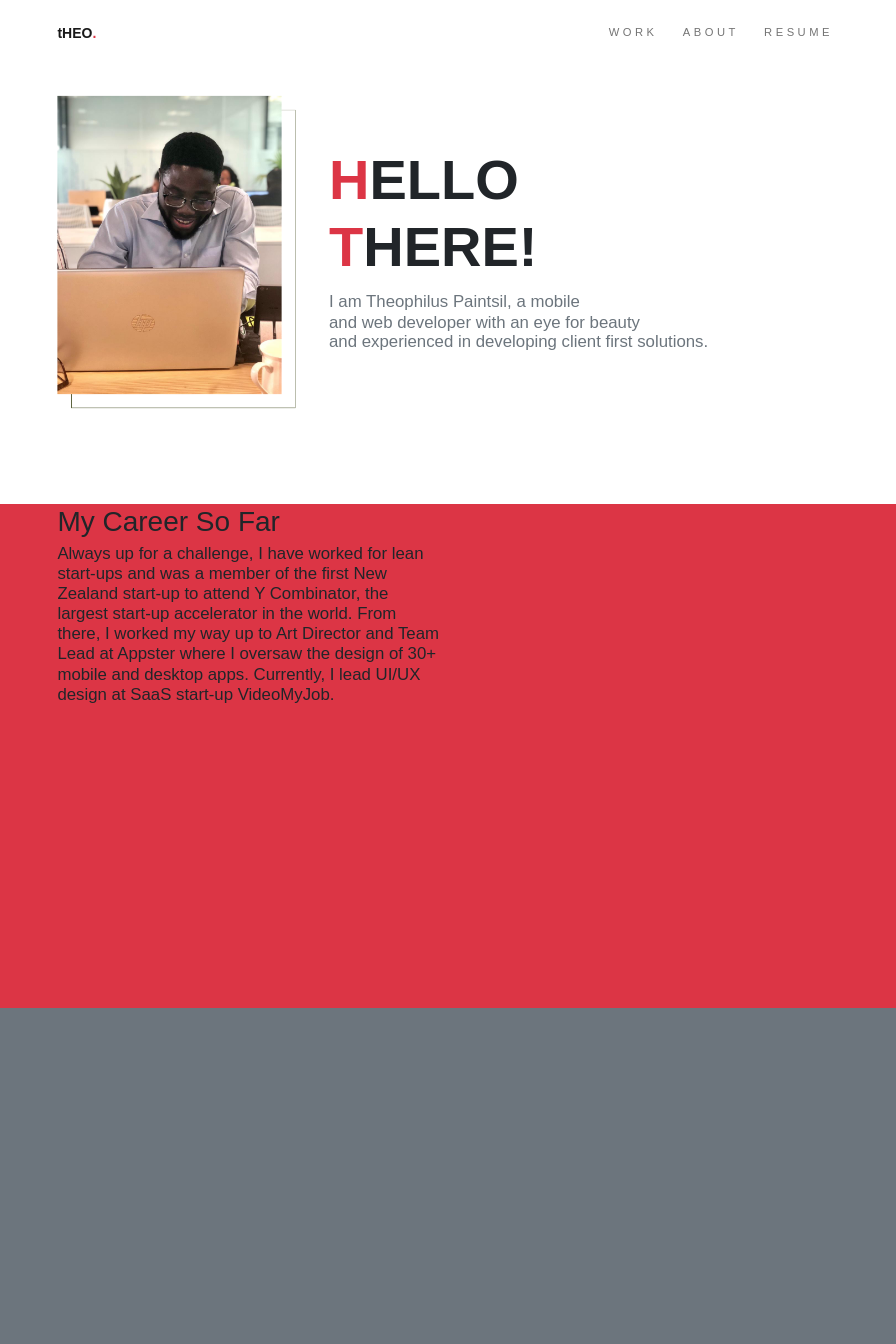
Repository: tHEO2k17/portfolio
Page: /
An editor plug-in stored every save of this project. The page is shown before and after the next save, followed by the edit.
The browser window is 1280 px wide. The pictures show the part of the page from y = 0 to 1920 px (the page is 3000 px tall), at 70% of full size.
The project was rebuilt for these pictures with package versions that can differ from the ones it lists, and the page was loaded fresh each time.

Above is the page before, as saved 2021-07-22 10:12:48.

After the next save:
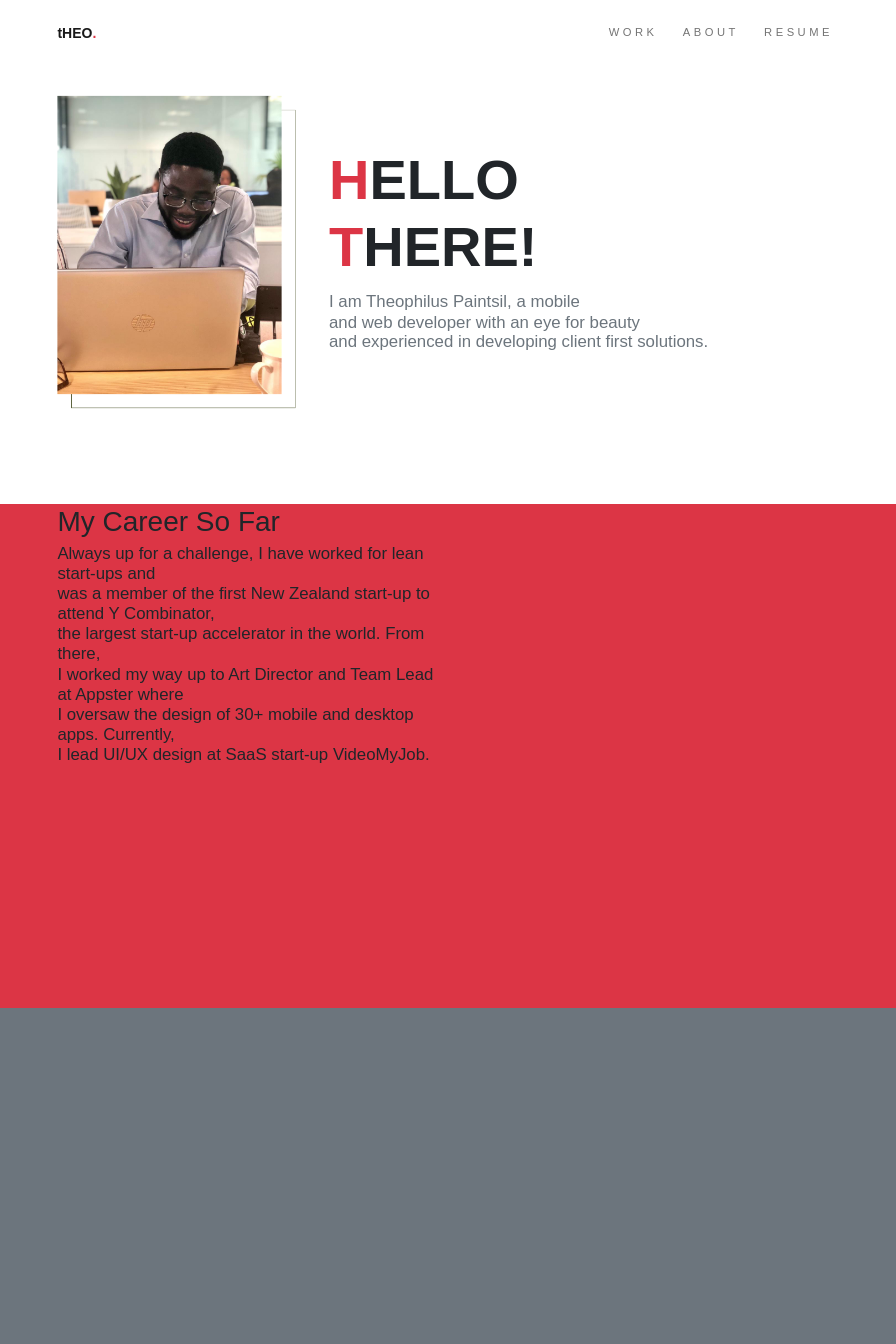
Saved 11 s later.
--- a/src/presentation/pages/HomePage.tsx
+++ b/src/presentation/pages/HomePage.tsx
@@ -45,11 +45,11 @@ export default function HomePage() {
                         <Col>
                             <h1>My Career So Far</h1>
                             <h4>
-                                Always up for a challenge, I have worked for lean start-ups and
-                                was a member of the first New Zealand start-up to attend Y Combinator,
-                                the largest start-up accelerator in the world. From there,
-                                I worked my way up to Art Director and Team Lead at Appster where
-                                I oversaw the design of 30+ mobile and desktop apps. Currently,
+                                Always up for a challenge, I have worked for lean start-ups and <br />
+                                was a member of the first New Zealand start-up to attend Y Combinator, <br />
+                                the largest start-up accelerator in the world. From there, <br />
+                                I worked my way up to Art Director and Team Lead at Appster where <br />
+                                I oversaw the design of 30+ mobile and desktop apps. Currently, <br />
                                 I lead UI/UX design at SaaS start-up VideoMyJob.
                             </h4>
                         </Col>
